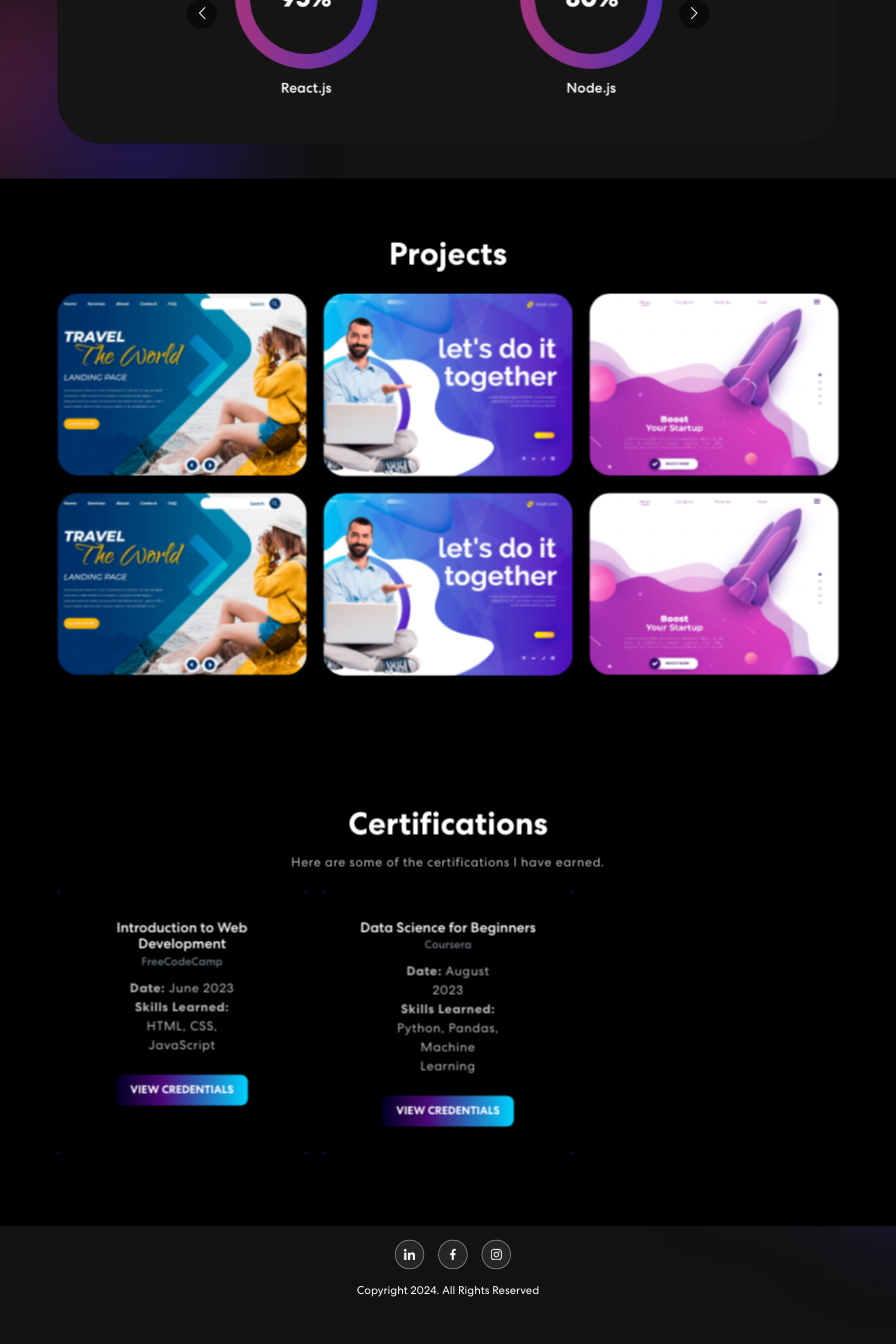
Repository: ChakerChourouk/personal-portfolio
Page: /
These files come from the project's save history. The page is drawn as it stood at one moment and after the next save; the edit follows.
The browser window is 1280 px wide. The pictures show the part of the page from y = 1123 to 3043 px (the page is 3043 px tall), at 70% of full size.
The project was rebuilt for these pictures with package versions that can differ from the ones it lists, and the page was loaded fresh each time.

Above is the page before, as saved 2024-09-19 20:57:10.

### src/App.js
import logo from './logo.svg';
import './App.css';
import 'bootstrap/dist/css/bootstrap.min.css';
import { NavBar } from "./components/NavBar";
import { Banner } from "./components/Banner";
import { Skills } from "./components/Skills";
import { Projects } from "./components/Projects";
import { Footer } from "./components/Footer";
import { Certifications } from "./components/Certifications";

function App() {
  return (
    <div className="App">
      <NavBar />
      <Banner />
      <Skills />
      <Projects />
      <Certifications/>
      <Footer />
    </div>
  );
}

export default App;

### src/App.css
/************ Custom Font ************/
@font-face {
	font-family: Centra;
	src: url('./assets/font/CentraNo2-Bold.ttf');
	font-weight: 700;
}
@font-face {
	font-family: Centra;
	src: url('./assets/font/CentraNo2-Medium.ttf');
	font-weight: 500;
}
@font-face {
	font-family: Centra;
	src: url('./assets/font/CentraNo2-Book.ttf');
	font-weight: 400;
}

/************ Default Css ************/
* {
  margin: 0;
  padding: 0;
  box-sizing: border-box;
}

html {
  scroll-behavior: smooth;
  scroll-padding-top: 75px;
}

body {
  font-weight: 400;
  overflow-x: hidden;
  position: relative;
  background-color: #121212 !important;
  color: #fff !important;
  font-family: 'Centra', sans-serif !important;
}

h1, h2, h3, h4, h5, h6 {
  margin: 0;
  padding: 0;
  line-height: normal;
}

p, a, li, button, ul {
  margin: 0;
  padding: 0;
  line-height: normal;
  text-decoration: none;
}

a:hover {
  text-decoration: none;
}

img {
  width: 100%;
  height: auto;
}

button {
  border: 0;
  background-color: transparent;
}

input:focus, textarea:focus, select:focus {
  outline: none;
}

@media (min-width:1700px) {
	main .container {
		max-width: 100%;
		padding: 0 150px;
	}
}

p.success {
	color: green;
}

p.danger {
	color: red;
}
/************ Navbar Css ************/
nav.navbar {
  padding: 18px 0;
  position: fixed;
  width: 100%;
  top: 0;
  z-index: 9999;
  transition:  0.32s ease-in-out;
}
nav.navbar.scrolled {
  padding: 0px 0;
  background-color: #121212;
}
nav.navbar a.navbar-brand {
    width: 9%;
}
nav.navbar .navbar-nav .nav-link.navbar-link {
  font-weight: 400;
  color: #fff !important;
  letter-spacing: 0.8px;
  padding: 0 25px;
  font-size: 18px;
  opacity: 0.75;
}
nav.navbar .navbar-nav a.nav-link.navbar-link:hover,
nav.navbar .navbar-nav a.nav-link.navbar-link.active {
    opacity: 1;
}
span.navbar-text {
    display: flex;
    align-items: center;
}
.social-icon {
    display: inline-block;
    margin-left: 14px;
}
.social-icon a {
    width: 42px;
    height: 42px;
    background: rgba(217, 217, 217, 0.1);
    display: inline-flex;
    border-radius: 50%;
    margin-right: 6px;
    align-items: center;
    justify-content: center;
    line-height: 1;
    border: 1px solid rgba(255, 255, 255, 0.5);
}
.social-icon a::before {
    content: "";
    width: 42px;
    height: 42px;
    position: absolute;
    background-color: #ffffff;
    border-radius: 50%;
    transform: scale(0);
	transition: 0.3s ease-in-out;
}
.social-icon a:hover::before {
    transform: scale(1);
}
.social-icon a img {
	width: 40%;
	z-index: 1;
	transition: 0.3s ease-in-out;
}
.social-icon a:hover img {
	filter: brightness(0) saturate(100%) invert(0%) sepia(7%) saturate(98%) hue-rotate(346deg) brightness(95%) contrast(86%);
}
.navbar-text button {
  font-weight: 700;
  color: #fff;
  border: 1px solid #fff;
  padding: 18px 34px;
  font-size: 18px;
  margin-left: 18px;
	position: relative;
	background-color: transparent;
	transition: 0.3s ease-in-out;
}
.navbar-text button span {
  z-index: 1;
}
.navbar-text button::before {
  content: "";
  width: 0%;
  height: 100%;
  position: absolute;
  background-color: #fff;
  left: 0;
  top: 0;
  z-index: -1;
  transition: 0.3s ease-in-out;
}
.navbar-text button:hover {
  color: #121212;
}
.navbar-text button:hover::before {
	content: "";
	width: 100%;
	height: 100%;
	position: absolute;
}
nav.navbar .navbar-toggler:active,
nav.navbar .navbar-toggler:focus {
	outline: none;
    box-shadow: none;
}
nav.navbar .navbar-toggler-icon {
  width: 24px;
  height: 17px;
  background-image: none;
  position: relative;
  border-bottom: 2px solid #fff;
  transition: all 300ms linear;
  top: -2px;
}
nav.navbar .navbar-toggler-icon:focus {
	border-bottom: 2px solid #fff;
}
nav.navbar .navbar-toggler-icon:after,
nav.navbar .navbar-toggler-icon:before {
	width: 24px;
	position: absolute;
	height: 2px;
	background-color: #fff;
	top: 0;
	left: 0;
	content: '';
	z-index: 2;
	transition: all 300ms linear;
}
nav.navbar .navbar-toggler-icon:after {
	top: 8px;
}
nav.navbar .navbar-toggler[aria-expanded="true"] .navbar-toggler-icon:after {
	transform: rotate(45deg);
	background-color: #fff;
	height: 2px;
}
nav.navbar .navbar-toggler[aria-expanded="true"] .navbar-toggler-icon:before {
	transform: translateY(8px) rotate(-45deg);
	background-color: #fff;
	height: 2px;
}
nav.navbar .navbar-toggler[aria-expanded="true"] .navbar-toggler-icon {
	border-color: transparent;
}

/************ Banner Css ************/
.banner {
  margin-top: 0;
  padding: 260px 0 100px 0;
  background-image: url('./assets/img/banner-bg.png');
  background-position: top center;
  background-size: cover;
  background-repeat: no-repeat;
}
.banner .tagline {
  font-weight: 700;
  letter-spacing: 0.8px;
  padding: 8px 10px;
  background: linear-gradient(90.21deg, rgba(170, 54, 124, 0.5) -5.91%, rgba(74, 47, 189, 0.5) 111.58%);
  border: 1px solid rgba(255, 255, 255, 0.5);
  font-size: 20px;
  margin-bottom: 16px;
  display: inline-block;
}
.banner h1 {
  font-size: 65px;
  font-weight: 700;
  letter-spacing: 0.8px;
  line-height: 1;
  margin-bottom: 20px;
  display: block;
}
.banner p {
  color: #B8B8B8;
  font-size: 18px;
  letter-spacing: 0.8px;
  line-height: 1.5em;
  width: 96%;
}
.banner button {
  color: #fff;
  font-weight: 700;
  font-size: 20px;
  margin-top: 60px;
  letter-spacing: 0.8px;
  display: flex;
  align-items: center;
}
.banner button svg {
  font-size: 25px;
  margin-left: 10px;
  transition: 0.3s ease-in-out;
  line-height: 1;
}
.banner button:hover svg {
  margin-left: 25px;
}
.banner img {
  animation: updown 3s linear infinite;
}
@keyframes updown {
    0% {
        transform: translateY(-20px);
    }
    50% {
        transform: translateY(20px);
    }
    100% {
        transform: translateY(-20px);
    }
}
.txt-rotate > .wrap {
  border-right: 0.08em solid #666;
}

/************ Skills Css ************/
.skill {
  padding: 0 0 50px 0;
  position: relative;
}
.skill-bx {
  background: #151515;
  border-radius: 64px;
  text-align: center;
  padding: 60px 50px;
  margin-top: -60px;
}
.skill h2 {
	font-size: 45px;
	font-weight: 700;
}
.skill p {
    color: #B8B8B8;
    font-size: 18px;
    letter-spacing: 0.8px;
    line-height: 1.5em;
    margin: 14px 0 75px 0;
}
.skill-slider {
  width: 80%;
  margin: 0 auto;
  position: relative;
}
.skill-slider .item img {
  width: 50%;
  margin: 0 auto 15px auto;
}
.background-image-left {
  top: 28%;
  position: absolute;
  bottom: 0;
  width: 40%;
  z-index: -4;
}

/************ Projects Css ************/
.project {
  padding: 80px 0;
  position: relative;
  background-color: black;
}
.project h2 {
	font-size: 45px;
	font-weight: 700;
  text-align: center;
}
.project p {
  color: #B8B8B8;
  font-size: 18px;
  letter-spacing: 0.8px;
  line-height: 1.5em;
  margin: 14px auto 30px auto;
  text-align: center;
  width: 56%;
}
.project .nav.nav-pills {
  width: 72%;
  margin: 0 auto;
  border-radius: 50px;
  background-color: rgb(255 255 255 / 10%);
  overflow: hidden;
}
.project .nav.nav-pills .nav-item {
  width: 33.33333%;
}
.project .nav.nav-pills .nav-link {
  background-color: transparent;
  border-radius: 0;
  padding: 17px 0;
  color: #fff;
  width: 100%;
  font-size: 17px;
  letter-spacing: 0.8px;
  font-weight: 500;
  position: relative;
  transition: 0.3s ease-in-out;
  text-align: center;
  z-index: 0;
}
.project .nav.nav-pills .nav-link::before {
    content: "";
    position: absolute;
    width: 0;
    height: 100%;
    background: linear-gradient(90.21deg, #AA367C -5.91%, #4A2FBD 111.58%);
    top: 0;
    left: 0;
    z-index: -1;
    transition: 0.3s ease-in-out;
}
.project .nav.nav-pills .nav-link.active::before {
    width: 100% !important;
}
.project .nav.nav-pills .nav-link.active {
    border: 1px solid rgba(255, 255, 255, 1);
}
.nav-link#projects-tabs-tab-first {
  border: 1px solid rgba(255, 255, 255, 0.5);
  border-radius: 55px 0px 0px 55px;
}
.nav-link#projects-tabs-tab-second {
  border-top: 1px solid rgba(255, 255, 255, 0.5);
  border-bottom: 1px solid rgba(255, 255, 255, 0.5);
}
.nav-link#projects-tabs-tab-third {
  border: 1px solid rgba(255, 255, 255, 0.5);
  border-radius: 0 55px 55px 0;
}
.proj-imgbx {
  position: relative;
  border-radius: 30px;
  overflow: hidden;
  margin-bottom: 24px;
}
.proj-imgbx::before {
  content: "";
  background: linear-gradient(90.21deg, #AA367C -5.91%, #4A2FBD 111.58%);
  opacity: 0.85;
  position: absolute;
  width: 100%;
  height: 0;
  transition: 0.4s ease-in-out;
}
.proj-imgbx:hover::before {
  height: 100%;
}
.proj-txtx {
  position: absolute;
  text-align: center;
  top: 65%;
  left: 50%;
  transform: translate(-50%, -50%);
  transition: 0.5s ease-in-out;
  opacity: 0;
  width: 100%;
}
.proj-imgbx:hover .proj-txtx {
  top: 50%;
  opacity: 1;
}
.proj-txtx h4 {
  font-size: 30px;
  font-weight: 700;
  letter-spacing: 0.8px;
  line-height: 1.1em;
}
.proj-txtx span {
  font-style: italic;
  font-weight: 400;
  font-size: 15px;
  letter-spacing: 0.8px;
}
.background-image-right {
  top: 20%;
  position: absolute;
  bottom: 0;
  width: 35%;
  right: 0;
  z-index: -4;
}

/************ Projects Css ************/
.contact {
  background: linear-gradient(90.21deg, #AA367C -5.91%, #4A2FBD 111.58%);
  padding: 60px 0 200px 0;
}
.contact img {
  width: 92%;
}
.contact h2 {
	font-size: 45px;
	font-weight: 700;
  margin-bottom: 30px;
}
.contact form input, .contact form textarea {
  width: 100%;
  background: rgba(255, 255, 255, 0.1);
  border: 1px solid rgba(255, 255, 255, 0.5);
  border-radius: 20px;
  color: #fff;
  margin: 0 0 8px 0;
  padding: 18px 26px;
  font-weight: 500;
  font-size: 18px;
  letter-spacing: 0.8px;
  transition: 0.3s ease-in-out;
}
.contact form input:focus, .contact form textarea:focus {
  background: rgba(255, 255, 255, 1);
  color: #121212;
}
.contact form input::placeholder, .contact form textarea::placeholder {
  font-size: 16px;
  font-weight: 400;
  color: #fff;
}
.contact form input:focus::placeholder, .contact form textarea:focus::placeholder {
  color: #121212;
  opacity: 0.8;
}
.contact form button {
  font-weight: 700;
  color: #000;
  background-color: #fff;
  padding: 14px 48px;
  font-size: 18px;
  margin-top: 25px;
  border-radius: 0;
  position: relative;
  transition: 0.3s ease-in-out;
}
.contact form button span {
  z-index: 1;
  position: relative;
}
.contact form button:hover {
  color: #fff;
}
.contact form button::before {
  content: "";
  background: #121212;
  width: 0;
  height: 100%;
  position: absolute;
  top: 0;
  left: 0;
  z-index: 0;
  transition: 0.3s ease-in-out;
}
.contact form button:hover::before {
  width: 100%;
}

/************ Footer Css ************/

.footer {
  padding: 20px 0;
}

.social-icon a {
  margin: 0 10px;
}

/* Add margin to create space between icons and the text */
.text-center p {
  margin-top: 20px; /* Adjust the value for more or less space */
}


.welcome {
    font-weight: 400;
    color: #fff !important;
    letter-spacing: 0.8px;
    padding: 0 25px;
    font-size: 18px;
    opacity: 0.75;
}

.card {
  text-align: center;
  padding: 20px;
}

### src/components/NavBar.js
import { useState, useEffect } from "react";
import { Navbar, Nav, Container } from "react-bootstrap";
import {
  BrowserRouter as Router
} from "react-router-dom";

export const NavBar = () => {

  const [activeLink, setActiveLink] = useState('home');
  const [scrolled, setScrolled] = useState(false);

  useEffect(() => {
    const onScroll = () => {
      if (window.scrollY > 50) {
        setScrolled(true);
      } else {
        setScrolled(false);
      }
    }

    window.addEventListener("scroll", onScroll);

    return () => window.removeEventListener("scroll", onScroll);
  }, [])

  const onUpdateActiveLink = (value) => {
    setActiveLink(value);
  }

  return (
    <Router>
      <Navbar expand="md" className={scrolled ? "scrolled" : ""}>
        <Container>
         {/* <Navbar.Brand href="/">
            <img src={logo} alt="Logo" />
          </Navbar.Brand>*/}
          <span className="welcome">Welcome to my Portfolio<span role="img" aria-label="waving hand"> 👋</span> </span>
          <Navbar.Toggle aria-controls="basic-navbar-nav">
            <span className="navbar-toggler-icon"></span>
          </Navbar.Toggle>
          <Navbar.Collapse id="basic-navbar-nav">
            <Nav className="ms-auto">
              <Nav.Link href="#home" className={activeLink === 'home' ? 'active navbar-link' : 'navbar-link'} onClick={() => onUpdateActiveLink('home')}>Home</Nav.Link>
              <Nav.Link href="#skills" className={activeLink === 'skills' ? 'active navbar-link' : 'navbar-link'} onClick={() => onUpdateActiveLink('skills')}>Skills</Nav.Link>
              <Nav.Link href="#projects" className={activeLink === 'projects' ? 'active navbar-link' : 'navbar-link'} onClick={() => onUpdateActiveLink('projects')}>Projects</Nav.Link>
              <Nav.Link href="#contacts" className={activeLink === 'certification' ? 'active navbar-link' : 'navbar-link'} onClick={() => onUpdateActiveLink('certification')}>Certifications</Nav.Link>
              <Nav.Link href="#contacts" className={activeLink === 'contacts' ? 'active navbar-link' : 'navbar-link'} onClick={() => onUpdateActiveLink('projects')}>Contacts</Nav.Link>
            </Nav>
            {/*<span className="navbar-text">
              <div className="social-icon">
                <a href="#"><img src={navIcon1} alt="" /></a>
                <a href="#"><img src={navIcon2} alt="" /></a>
                <a href="#"><img src={navIcon3} alt="" /></a>
              </div>
            </span>*/}
          </Navbar.Collapse>
        </Container>
      </Navbar>
    </Router>
  )
}

### src/components/Projects.js
import { Container, Row, Col, Tab, Nav } from "react-bootstrap";
import { ProjectCard } from "./ProjectCard";
import projImg1 from "../assets/img/project-img1.png";
import projImg2 from "../assets/img/project-img2.png";
import projImg3 from "../assets/img/project-img3.png";
import colorSharp2 from "../assets/img/color-sharp2.png";
import 'animate.css';
import TrackVisibility from 'react-on-screen';

export const Projects = () => {

  const projects = [
    {
      title: "Business Startup",
      description: "Design & Development",
      imgUrl: projImg1,
    },
    {
      title: "Business Startup",
      description: "Design & Development",
      imgUrl: projImg2,
    },
    {
      title: "Business Startup",
      description: "Design & Development",
      imgUrl: projImg3,
    },
    {
      title: "Business Startup",
      description: "Design & Development",
      imgUrl: projImg1,
    },
    {
      title: "Business Startup",
      description: "Design & Development",
      imgUrl: projImg2,
    },
    {
      title: "Business Startup",
      description: "Design & Development",
      imgUrl: projImg3,
    },
  ];

  return (
    <section className="project" id="projects">
      <Container>
        <Row>
          <Col size={12}>
            <TrackVisibility>
              {({ isVisible }) =>
              <div className={isVisible ? "animate__animated animate__fadeIn": ""}>
                <h2>Projects</h2>
                <p>  </p>
                <Tab.Container id="projects-tabs" defaultActiveKey="first">
                  <Tab.Content id="slideInUp" className={isVisible ? "animate__animated animate__slideInUp" : ""}>
                    <Tab.Pane eventKey="first">
                      <Row>
                        {
                          projects.map((project, index) => {
                            return (
                              <ProjectCard
                                key={index}
                                {...project}
                                />
                            )
                          })
                        }
                      </Row>
                    </Tab.Pane>
                  </Tab.Content>
                </Tab.Container>
              </div>}
            </TrackVisibility>
          </Col>
        </Row>
      </Container>
      <img className="background-image-right" src={colorSharp2}></img>
    </section>
  )
}

### src/components/Footer.js
import { Container, Row, Col } from "react-bootstrap";
import logo from "../assets/img/logo.svg";
import navIcon1 from "../assets/img/nav-icon1.svg";
import navIcon2 from "../assets/img/nav-icon2.svg";
import navIcon3 from "../assets/img/nav-icon3.svg";

export const Footer = () => {
  return (
    <footer className="footer" id="contacts" >
      <Container>
        <Row className="align-items-center justify-content-center">
          <Col size={12} sm={6} className="text-center">
            <div className="social-icon">
              <a href="https://www.linkedin.com/in/chaker-chourouk-a32841257/"><img src={navIcon1} alt="Icon" /></a>
              <a href="#"><img src={navIcon2} alt="Icon" /></a>
              <a href="#"><img src={navIcon3} alt="Icon" /></a>
            </div>
            <p>Copyright 2024. All Rights Reserved</p>
          </Col>
        </Row>
      </Container>
    </footer>
  );
};

### src/components/Certifications.js
import { Container, Row, Col, Tab } from "react-bootstrap";
import { ProjectCard } from "./ProjectCard2";
import colorSharp2 from "../assets/img/color-sharp2.png";
import 'animate.css';
import TrackVisibility from 'react-on-screen';

export const Certifications = () => {

  const projects = [
    {
      title: "Introduction to Web Development",
      organization: "FreeCodeCamp",
      date: "June 2023",
      skills: ["HTML", "CSS", "JavaScript"],
      certificateUrl: "https://www.example.com/certificate1",
    },
    {
      title: "Data Science for Beginners",
      organization: "Coursera",
      date: "August 2023",
      skills: ["Python", "Pandas", "Machine Learning"],
      certificateUrl: "https://www.example.com/certificate2",
    },
  ];

  return (
    <section className="project" id="certification">
      <Container>
        <Row>
          <Col size={12}>
            <TrackVisibility>
              {({ isVisible }) =>
              <div className={isVisible ? "animate__animated animate__fadeIn": ""}>
                <h2>Certifications</h2>
                <p>Here are some of the certifications I have earned.</p>
                <Tab.Container id="projects-tabs" defaultActiveKey="first">
                  <Tab.Content id="slideInUp" className={isVisible ? "animate__animated animate__slideInUp" : ""}>
                    <Tab.Pane eventKey="first">
                      <Row>
                        {
                          projects.map((project, index) => {
                            return (
                              <Col key={index} sm={12} md={4} className="mb-4">
                                <ProjectCard
                                  title={project.title}
                                  organization={project.organization}
                                  date={project.date}
                                  skills={project.skills}
                                  certificateUrl={project.certificateUrl}
                                />
                              </Col>
                            );
                          })
                        }
                      </Row>
                    </Tab.Pane>
                  </Tab.Content>
                </Tab.Container>
              </div>}
            </TrackVisibility>
          </Col>
        </Row>
      </Container>
      <img className="background-image-right" src={colorSharp2} alt="Background" />
    </section>
  );
};

### src/components/ProjectCard2.js
import { Card, Button } from "react-bootstrap";
import './ProjectCard2.css'; // Import the CSS file

export const ProjectCard = ({ title, organization, date, skills, certificateUrl }) => {
  return (
    <Card className="custom-card h-100">
      <Card.Body>
        <Card.Title>{title}</Card.Title>
        <Card.Subtitle className="mb-2 text-muted">{organization}</Card.Subtitle>
        <Card.Text>
          <strong>Date:</strong> {date}<br />
          <strong>Skills Learned:</strong> {skills.join(", ")}
        </Card.Text>
        <Button variant="primary" href={certificateUrl} target="_blank" className="rainbow-button">
          View Credentials
        </Button>
      </Card.Body>
    </Card>
  );
};

### src/components/ProjectCard2.css
/* Style for the card */
.custom-card {
    background-color: black;
    border: 2px solid;
    border-image: linear-gradient(90deg, rgba(2,0,36,1) 0%, rgba(76,9,121,1) 35%, rgba(0,99,255,1) 62%);
    border-radius: 15px; /* Rounded corners */
    color: white; /* Text color */
    padding: 20px;
    text-align: center;
    transition: transform 0.2s;
  }

  .custom-card:hover {
    transform: scale(1.05); /* Slight zoom on hover */
  }

  /* Rainbow button */
  .rainbow-button {
    background: linear-gradient(90deg, rgba(2,0,36,1) 0%, rgba(76,9,121,1) 35%, rgba(0,212,255,1) 100%);
    border: none;
    color: white;
    border-radius: 10px;
    padding: 10px 20px;
    text-transform: uppercase;
    font-weight: bold;
    transition: background 0.3s ease;
  }

  .rainbow-button:hover {
    background: linear-gradient(90deg, rgba(2,0,36,1) 0%, rgba(76,9,121,1) 35%, rgba(0,212,255,1) 100%);
    color: white;
  }

Loaded but not shown: public/index.html (common file); src/index.js (common file); src/index.css (common file); src/reportWebVitals.js (common file); src/components/ProjectCard.js (common file); src/components/Skills.js (72 lines, source omitted); src/components/Banner.js (75 lines, source omitted)

After the next save:
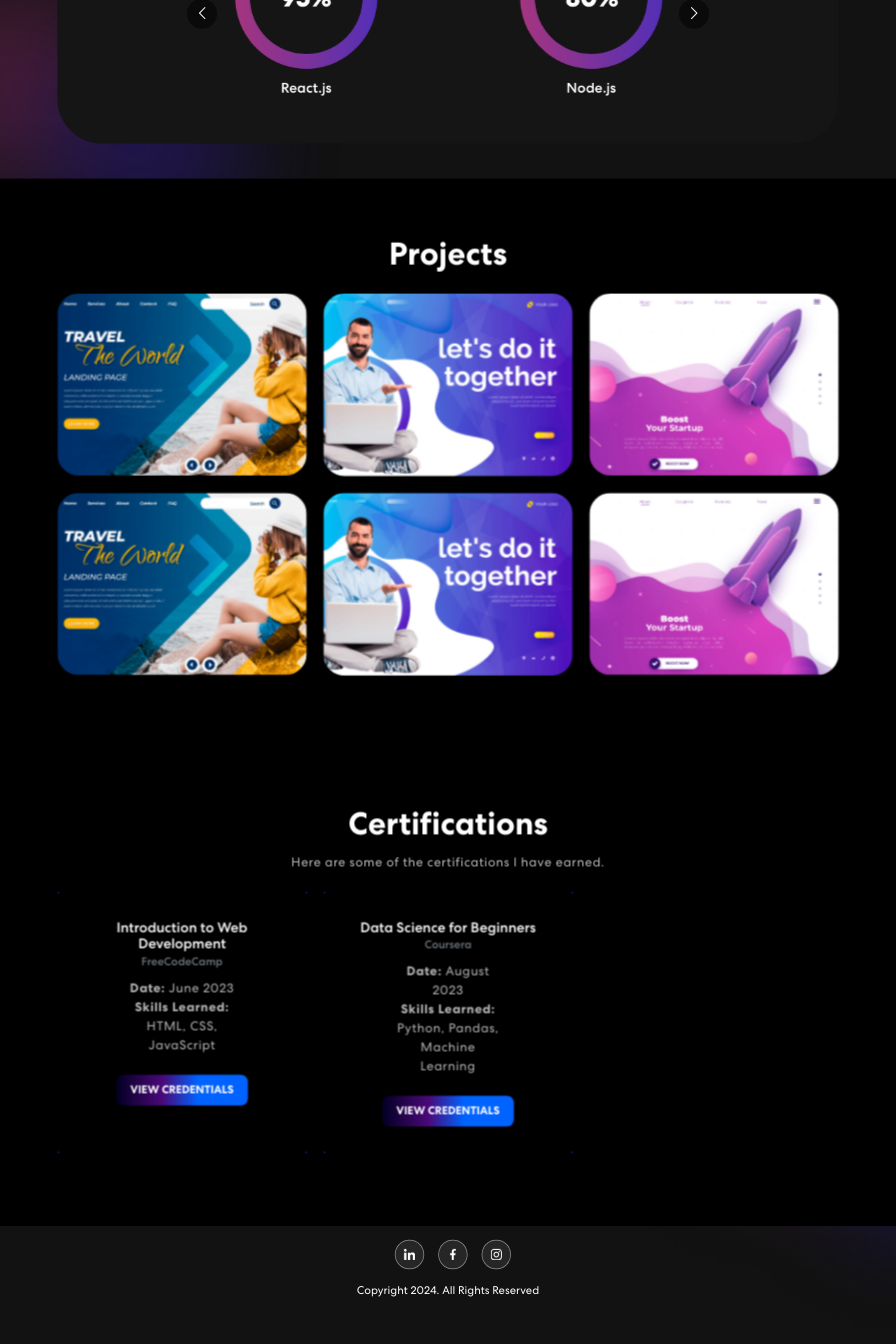
Saved 100 s later.
--- a/src/components/ProjectCard2.css
+++ b/src/components/ProjectCard2.css
@@ -16,7 +16,8 @@
 
   /* Rainbow button */
   .rainbow-button {
-    background: linear-gradient(90deg, rgba(2,0,36,1) 0%, rgba(76,9,121,1) 35%, rgba(0,212,255,1) 100%);
+    background: rgb(2,0,36);
+    background: linear-gradient(90deg, rgba(2,0,36,1) 0%, rgba(76,9,121,1) 35%, rgba(0,99,255,1) 62%);
     border: none;
     color: white;
     border-radius: 10px;
